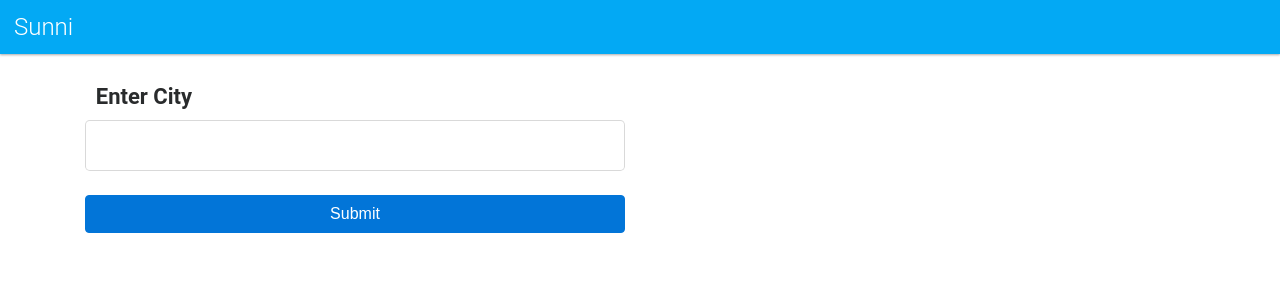
Repository: Oakga/Weather_app
Page: index.html
The author's editor kept a copy of each file at every save. The page is drawn from the files as they stood at one save, then again after the next save.
The browser window is 1280 px wide. The pictures show the whole page.

Above is the page before, as saved 2017-09-22 05:17:18.

### index.html
<!DOCTYPE html>
<html>
<head>
    <meta charset="utf-8">
    <link rel="stylesheet" href="https://maxcdn.bootstrapcdn.com/bootstrap/4.0.0-alpha.6/css/bootstrap.min.css" integrity="sha384-rwoIResjU2yc3z8GV/NPeZWAv56rSmLldC3R/AZzGRnGxQQKnKkoFVhFQhNUwEyJ" crossorigin="anonymous">
    <!-- <link href='http://fonts.googleapis.com/css?family=Roboto:400,300,700' rel='stylesheet' type='text/css'> -->
    <link href="css/styles.css" rel="stylesheet" type="text/css">
    <script src="https://unpkg.com/axios/dist/axios.min.js"></script>
</head>
<body>
    <header>
        <h1>Sunni</h1>
    </header>
    <div class="container">
        <div class="row">
        <div class="col">
        <h2>Enter City</h2>
        <form id="location-form">
            <input type="text" id="location-input" class="form-control form-control-lg "/>
            <br>
            <button type="submit" class="btn btn-primary btn-block">Submit</button>
          </form>
        <div id="formatted-address"></div>
        <div id="geometry-component"></div>
    </div>
    <div class="col"></div>
    </div>
    </div>
    <div id="weather-component"></div>
    <script src="js/main.js"></script>
</body>
</html>

### css/styles.css
body {
    font-family: 'Roboto', 'Sans Serif';
    font-size: 16px;
    padding: 0;
    margin: 0;
}

header {
    background-color: #03A9F4;
    padding: 14px;
    box-shadow: 0 1px 3px rgba(0,0,0,0.12), 0 1px 2px rgba(0,0,0,0.24);
}

h1, h2, h3 {
    font-weight: 300;
}

header > h1 {
    font-weight: 300;
    font-size: 24px;
    margin: 0;
    color: #FFFFFF;
}

h2 {
    font-size: 22px;
    margin: 20px 0 0 0;
    padding: 2%;
    font-weight: bolder;
}

.table {
    border-radius: 5px;
    width: 50%;
    margin: 0px auto;
    float: none;
}

### js/main.js

let geoCode = (location) => {
    axios.get('https://maps.googleapis.com/maps/api/geocode/json',{
    params:{
        address: location,
        key: 'AIzaSyAkYBjwd7ygcP8GpAz47QsP3s3vaweLAE0'
    }
}).then(function(response){
    const formattedAddr = response.data.results[0].formatted_address;
    const formattedAddrOutput = `
            <ul class="list-group">
            <li class="list-group-item">
            ${formattedAddr}
            </li>
            </ul>
            `;
    let addressComponents = response.data.results[0].address_components;
    let lat = Math.round(response.data.results[0].geometry.location.lat*10000)/10000;
    let lng = Math.round(response.data.results[0].geometry.location.lng*10000)/10000;
    let geometryOutput = `
            <ul class="list-group">
            <li class="list-group-item">
            <strong>
            Latitude
            </strong>: ${lat}
            </li>
            <li class="list-group-item">
            <strong>
            Longitude
            </strong>: ${lng}
            </li>
            </ul>
            `;
    document.getElementById('formatted-address').innerHTML = formattedAddrOutput;
    document.getElementById('geometry-component').innerHTML = geometryOutput;

    darkSky(lat,lng);

})
.catch(function(error){
    const formattedAddrOutput = `
    <div class="alert alert-danger" role="alert">
    <strong>Unknown Location!</strong> Change a few things up and try submitting again.
    </div>
    `;
    document.getElementById('formatted-address').innerHTML = formattedAddrOutput;
})
};

let darkSky = (lat, lng, date = Date.now()) => {
    let apiCall = 'https://cors-anywhere.herokuapp.com/https://api.darksky.net/forecast/c84a2f187efcca194054935abae32b10/'+lat+','+lng;
    axios.get(apiCall,{
        params: {
            exclude: '[hourly,flags]',
            time: date
        }
    }).then(function(response){
        let weeklyReport = [];
        const months = ['Jan','Feb','Mar','Apr','May','Jun','Jul','Aug','Sep','Oct','Nov','Dec'];
        const days = ['Sun','Mon','Tue','Wed','Thur','Fri','Sat'];
        let year, month, day;
        const currentDate =  response.data.currently;
        const dailyDate = response.data.daily.data;
        for(let i=0;i<dailyDate.length;i++){
            var date = new Date(dailyDate[i].time*1000);
            year = date.getFullYear();
            month = months[date.getMonth()];
            day = days[date.getDay()];
            numDate = date.getDate();
            formattedTime = numDate + ' ' + month + ' ' + year;
            const dayReport = weeklyReport[i] = {
                Time: formattedTime,
                Humidity: dailyDate[i].humidity,
                Precipitation: dailyDate[i].precipProbability,
                Intensity: dailyDate[i].precipIntensity,
                Wind: dailyDate[i].windSpeed,
                MaxTemperature: dailyDate[i].temperatureMax,
                MinTemperature: dailyDate[i].temperatureMin,
            };
        };
        console.log(weeklyReport);
        let columnNames = ``;
        for ( property in weeklyReport[0] ) {
            columnNames += `
            <th>
            ${property}
            </th>
            `;
        };

        let itemRows = ``;
        let reportForTheDay;
        for(var i=0;i<weeklyReport.length;i++){
            reportForTheDay=weeklyReport[i];
            itemRows += `<tr>
            <th scope="row">${reportForTheDay.Time}</th>
            <td>${reportForTheDay.Humidity}</td>
            <td>${reportForTheDay.Precipitation}</td>
            <td>${reportForTheDay.Intensity}</td>
            <td>${reportForTheDay.Wind}</td>
            <td>${reportForTheDay.MaxTemperature}</td>
            <td>${reportForTheDay.MinTemperature}</td>
            </tr>`
        };

        let tableOutput = `
            <h3>Future ForeCasts</h3>
            <table class="table">
            <thead class="thead-inverse" id="table-index">
            ${columnNames}
            </thead>
            <tbody>
            ${itemRows}
            </tbody>
            </table>
        `;
        document.getElementById('weather-component').innerHTML = tableOutput;

    })
    .catch(function(error){
        console.log(error);
        const alert = `
        <div class="alert alert-danger" role="alert">
        <strong>Cannot find Weather information!</strong> Change a few things up and try submitting again.
        </div>
        `;
        document.getElementById('weather-component').insertAdjacentHTML("afterbegin",alert);
    })
    ;
}


document.getElementById('location-form').addEventListener('submit', function (e){
    e.preventDefault();
    let location = document.getElementById('location-input').value;
    geoCode(location);

});

After the next save:
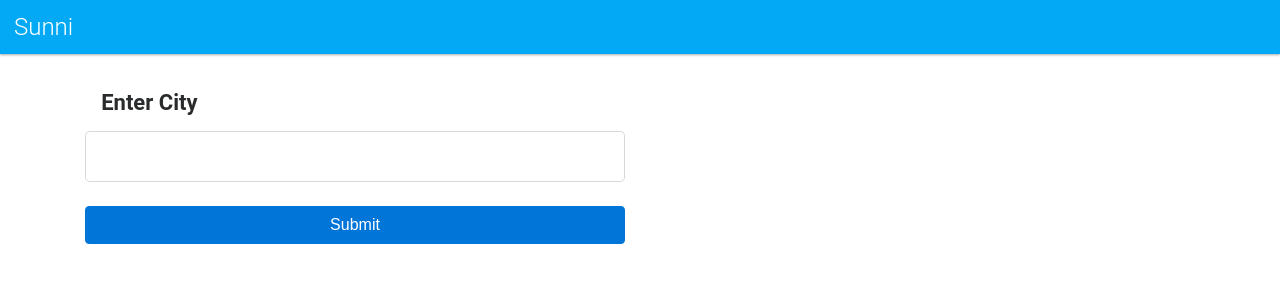
Saved 12 s later.
--- a/css/styles.css
+++ b/css/styles.css
@@ -25,7 +25,7 @@ header > h1 {
 h2 {
     font-size: 22px;
     margin: 20px 0 0 0;
-    padding: 2%;
+    padding: 3%;
     font-weight: bolder;
 }
 
